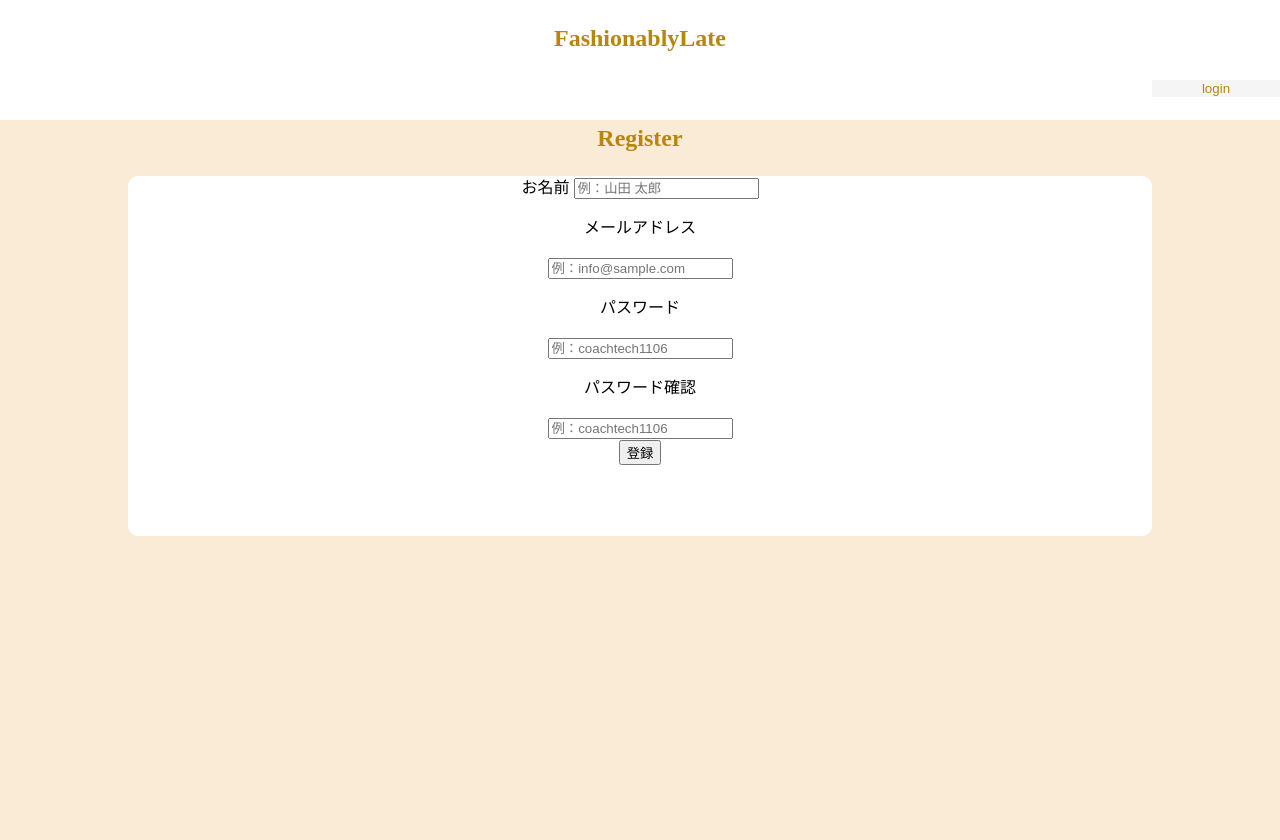
Repository: tokisiro/test-form
Page: http://localhost/register
The author's editor kept a copy of each file at every save. The page is drawn from the files as they stood at one save, then again after a run of saves.
The browser window is 1280 px wide. The pictures show the whole page.
The page is served by the project's Laravel application, run on PHP 8.4 with Laravel 8. A made-up administrator, Test User (test@example.com), is signed in.

Above is the page before, as saved 2025-05-07 20:57:37.

After the next 2 saves:
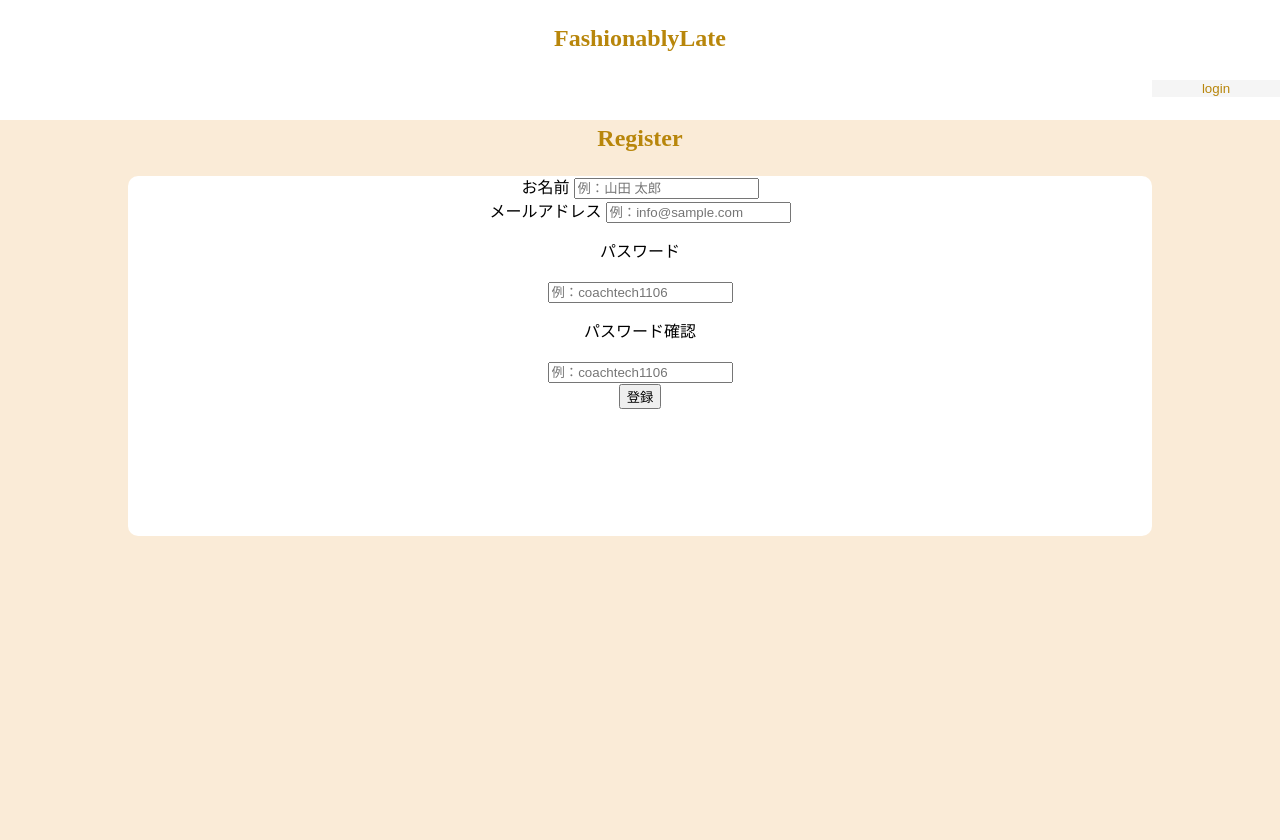
The 2 saves are shown as one change because they came seconds apart.
The last was saved 42 s later.
--- a/src/resources/views/register.blade.php
+++ b/src/resources/views/register.blade.php
@@ -45,7 +45,7 @@
                             <input type="text" name="name" value="{{ old('name') }}" placeholder="例：山田 太郎">
                         </div>
                         <div class="register-form__content-input">
-                            <p>メールアドレス</p>
+                            <label>メールアドレス</label>
                             <input type="email" name="email" value="{{ old('email') }}" placeholder="例：info@sample.com">
                         </div>
                         <div class="register-form__content-input">
